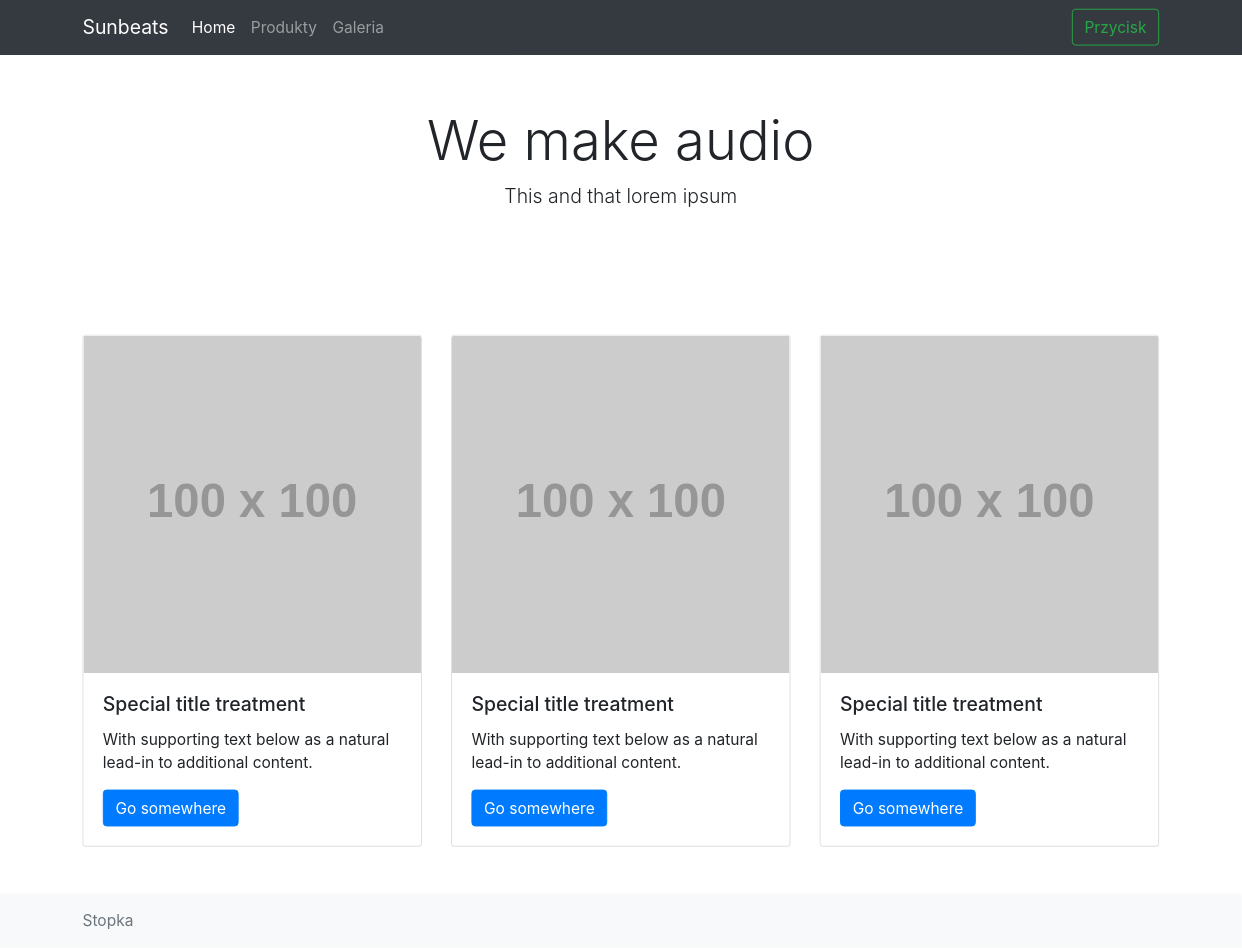
Repository: Audio-site/sunbeats
Page: index.html
The author's editor kept a copy of each file at every save. The page is drawn from the files as they stood at one save, then again after the next save.
The browser window is 1280 px wide. The pictures show the whole page, at 97% of full size.

Above is the page before, as saved 2020-08-25 01:05:19.

After the next save:
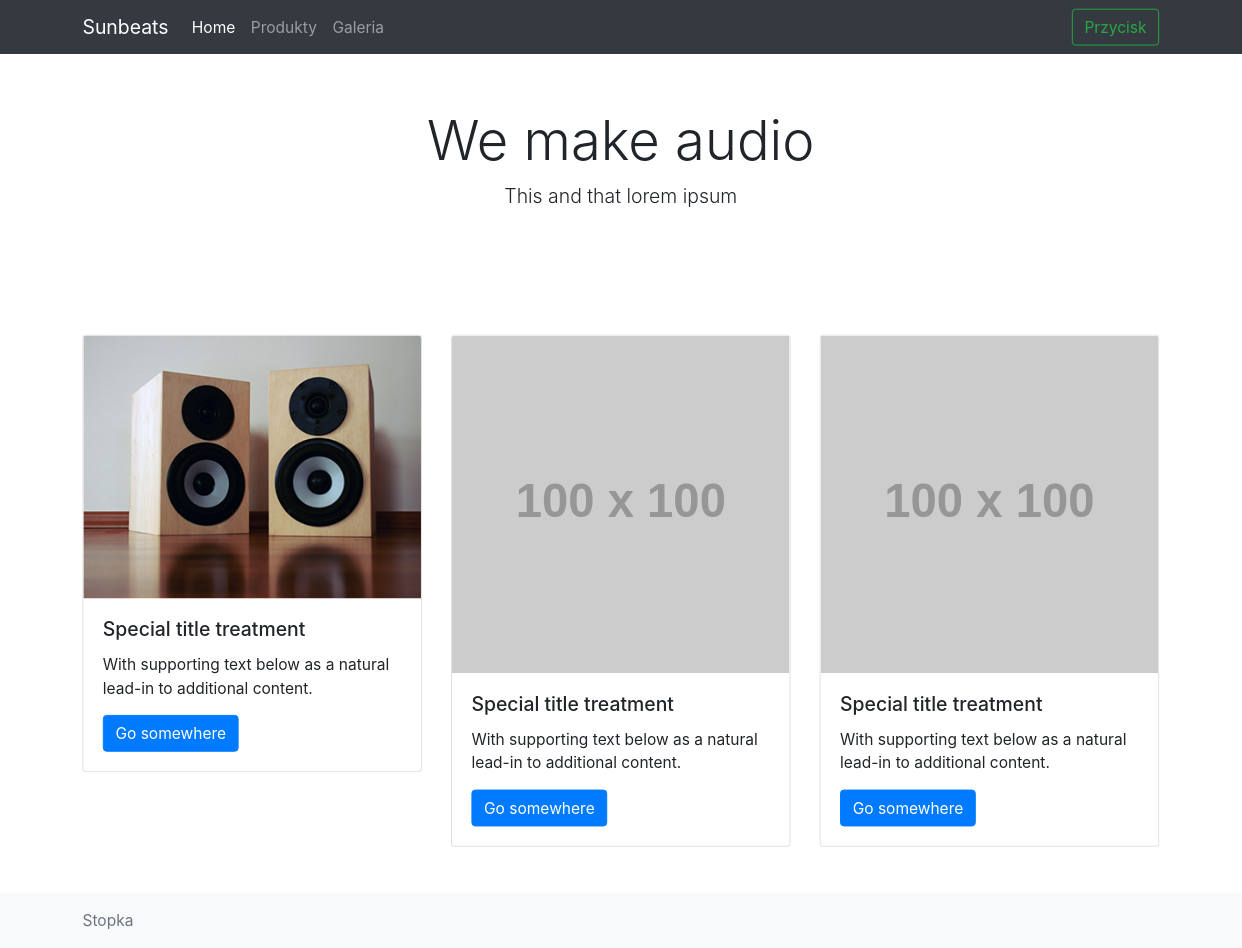
Saved 78 s later.
--- a/index.html
+++ b/index.html
@@ -59,7 +59,7 @@
 
           <div class="col-sm-4">
             <div class="card">
-              <img src="https://placehold.it/100x100" class="card-img-top" alt="...">
+              <img src="../assets/img/a.jpg" class="card-img-top" alt="...">
               <div class="card-body">
                 <h5 class="card-title">Special title treatment</h5>
                 <p class="card-text">With supporting text below as a natural lead-in to additional content.</p>
